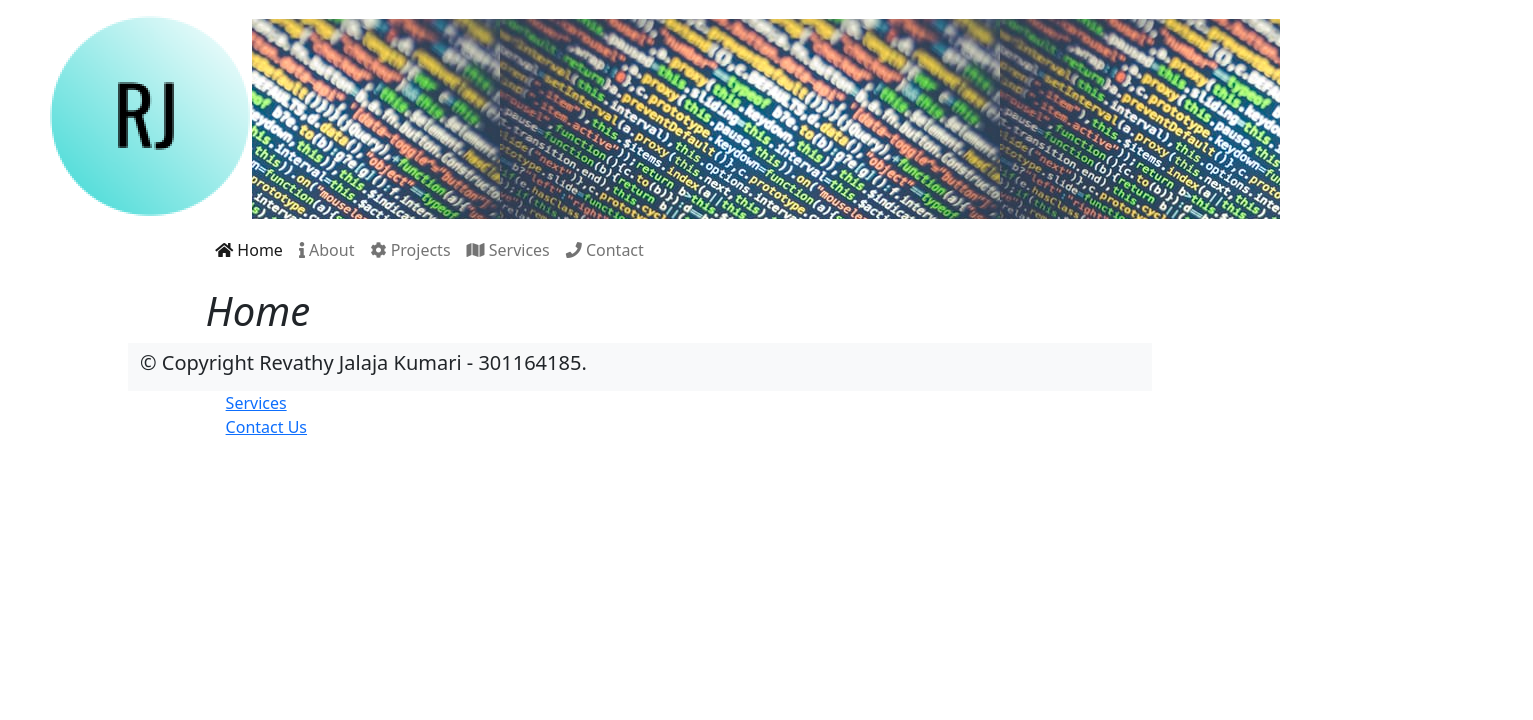
Repository: RevathyJK/Portfolio
Page: http://localhost/
These files come from the project's save history. The page is drawn as it stood at one moment and after the next save; the edit follows.
The browser window is 1280 px wide. The page is 1533 px wide, so the pictures cover 1533 px, including what lies to the right of the window. The pictures show the whole page.
The page is served by the project's Node server (server.js). Other server files are loaded and not shown.

Above is the page before, as saved 2021-10-01 13:42:04.

### Server/Views/index.ejs
<!DOCTYPE html>
<html lang="en">
<head>
    <meta charset="UTF-8">
    <meta http-equiv="X-UA-Compatible" content="IE=edge">
    <meta name="viewport" content="width=device-width, initial-scale=1.0">
    <title><%= title %></title>
    <!-- CSS Section -->
    <link rel="stylesheet" href="./Content/app.css">
    <link rel="stylesheet" href="./bootstrap/dist/css/bootstrap.min.css">
    <link rel="stylesheet" href="./@fortawesome/fontawesome-free/css/all.min.css">
</head>
<body>
    <!-- Main Navigation Section -->
    <header>
      <%- include('components/header.ejs'); %>
    </header>


    <!-- Content Section -->
    <main>
      <div class="container">
        <%- include('content/' + page + '.ejs'); %>
      </div>
    </main>

    <footer>
    <%- include('components/footer.ejs'); %>
    </footer>

    <!-- JavaScript Section -->
    <script src="./jquery/dist/jquery.min.js"></script>
    <script src="./bootstrap/dist/js/bootstrap.min.js"></script>
    <script src="./@fortawesome/fontawesome-free/js/all.min.js"></script>

    <script src="./Scripts/app.js"></script>
</body>
</html>

### Server/Views/components/header.ejs

<table>
<tr>
  <td class="over"><img src="logo.png"></td>
  <td><div  class="header-img"></div></td>
</tr>
</table>


<div id="allPage">

<nav class="navbar navbar-expand-lg navbar-light navcustom">
  <div class="container-fluid">
    <a class="navbar-brand"></a>
    <button class="navbar-toggler" type="button" data-bs-toggle="collapse" data-bs-target="#navbarSupportedContent" aria-controls="navbarSupportedContent" aria-expanded="false" aria-label="Toggle navigation">
      <span class="navbar-toggler-icon"></span>
    </button>
    <div class="collapse navbar-collapse" id="navbarSupportedContent" >
      <ul class="navbar-nav ms-auto mb-2 mb-lg-0">
        <li class="nav-item">
          <a class="nav-link active" href="/home"><i class="fas fa-home"></i> Home</a>
        </li>
        <li class="nav-item">
          <a class="nav-link" href="/about"><i class="fas fa-info"></i> About</a>
        </li>
        <li class="nav-item">
          <a class="nav-link" href="/projects"><i class="fas fa-cog"></i> Projects</a>
        </li>
        <li class="nav-item">
          <a class="nav-link" href="/services"><i class="fas fa-map"></i> Services</a>
        </li>

        <li class="nav-item">
          <a class="nav-link" href="/contact"><i class="fas fa-phone"></i> Contact</a>
        </li>
      </ul>
    </div>
  </div>
</nav>
<br>

</div>

### Server/Views/content/home.ejs
<div id ="allPage">

<div class="container">
        <h1><em><%= title %></em></h1>

</div>

<div>
  <nav>
	  <ul>
		  <li><a href="about">About Me</a></li>
		  <li><a href="projects">Projects</a></li>
		  <li><a href="home">Services </a></li>
                <li><a href="contact">Contact Us</a></li>

  	</ul>
	</nav>
</div>

</div>

### Server/Views/components/footer.ejs
<div id ="allPage">
<nav class="navbar  navbar-light bg-light">
    <div class="container-fluid">
        <h5>&copy; Copyright Revathy Jalaja Kumari - 301164185.</h5>
    </div>
</nav>
</div>

### server.js
#!/usr/bin/env node
"use strict";
/**
 * Module dependencies.
 */
var __importDefault = (this && this.__importDefault) || function (mod) {
    return (mod && mod.__esModule) ? mod : { "default": mod };
};
Object.defineProperty(exports, "__esModule", { value: true });
const app_1 = __importDefault(require("./Server/Config/app"));
const debug_1 = __importDefault(require("debug"));
(0, debug_1.default)('comp229-f2021-lesson4:server');
const http_1 = __importDefault(require("http"));
/**
 * Get port from environment and store in Express.
 */
let port = normalizePort(process.env.PORT || '3000');
app_1.default.set('port', port);
/**
 * Create HTTP server.
 */
let server = http_1.default.createServer(app_1.default);
/**
 * Listen on provided port, on all network interfaces.
 */
server.listen(port);
server.on('error', onError);
server.on('listening', onListening);
/**
 * Normalize a port into a number, string, or false.
 */
function normalizePort(val) {
    let port = parseInt(val, 10);
    if (isNaN(port)) {
        // named pipe
        return val;
    }
    if (port >= 0) {
        // port number
        return port;
    }
    return false;
}
/**
 * Event listener for HTTP server "error" event.
 */
function onError(error) {
    if (error.syscall !== 'listen') {
        throw error;
    }
    let bind = typeof port === 'string'
        ? 'Pipe ' + port
        : 'Port ' + port;
    // handle specific listen errors with friendly messages
    switch (error.code) {
        case 'EACCES':
            console.error(bind + ' requires elevated privileges');
            process.exit(1);
            break;
        case 'EADDRINUSE':
            console.error(bind + ' is already in use');
            process.exit(1);
            break;
        default:
            throw error;
    }
}
/**
 * Event listener for HTTP server "listening" event.
 */
function onListening() {
    let addr = server.address();
    let bind = typeof addr === 'string'
        ? 'pipe ' + addr
        : 'port ' + addr.port;
    (0, debug_1.default)('Listening on ' + bind);
}
//# sourceMappingURL=server.js.map

### Server/Routes/index.js
"use strict";
var __importDefault = (this && this.__importDefault) || function (mod) {
    return (mod && mod.__esModule) ? mod : { "default": mod };
};
Object.defineProperty(exports, "__esModule", { value: true });
const express_1 = __importDefault(require("express"));
const router = express_1.default.Router();
exports.default = router;

/* GET home page. */
router.get('/', function (req, res, next) {
    res.render('index', { title: 'Home', page: 'home' });
});
/* GET home page. */
router.get('/home', function (req, res, next) {
    res.render('index', { title: 'Home', page: 'home' });
});
/* GET about page. */
router.get('/about', function (req, res, next) {
    res.render('index', { title: 'Revathy Jalaja Kumari', page: 'about' });
});
/* GET projects page. */
router.get('/projects', function (req, res, next) {
    res.render('index', { title: 'Projects', page: 'projects' });
});
/* GET services page. */
router.get('/services', function (req, res, next) {
    res.render('index', { title: 'Services', page: 'services' });
});
/* GET contact page. */
router.get('/contact', function (req, res, next) {
    res.render('index', { title: 'Contact Me', page: 'contact' });
});





//module.exports = router;
//# sourceMappingURL=index.js.map

### Client/Content/app.css
#allPage {
	width: 80%;
      margin: auto;
      max-width: 1200px;
      display: grid;
	/*grid-template-columns: 150px auto auto;
	grid-template-rows: auto auto auto ; */
}

nav ul {
    display: flex;
    flex-direction: column;
    flex-wrap: nowrap;
    color: #FFFFFF;
    position: absolute;
}

li{
    list-style-type: U+027A2;
}

.navcustom{

    width: 90%;
      margin: auto;
      max-width: 1200px;
      color: #FFFFFF;
}

img {
    padding-left: 25px;
    padding-top: 15px;
    padding-bottom: 20px;;
}

.over{

    padding-left: 25px;
}

.header-img {

    height: 200px;
    width:1280px;
    background: url("banner.jpg") repeat ;
    background-attachment: fixed;
    background-size: auto;


  }

### Client/Scripts/app.js
"use strict";
/* custom js goes here */
// IIFE - Immediately Invoked Function Expression (AKA an anonymous self-executing function)
(function () {
    function Start() {
        console.log("App Started...");
    }
    window.addEventListener("load", Start);
})();
//# sourceMappingURL=app.js.map

After the next save:
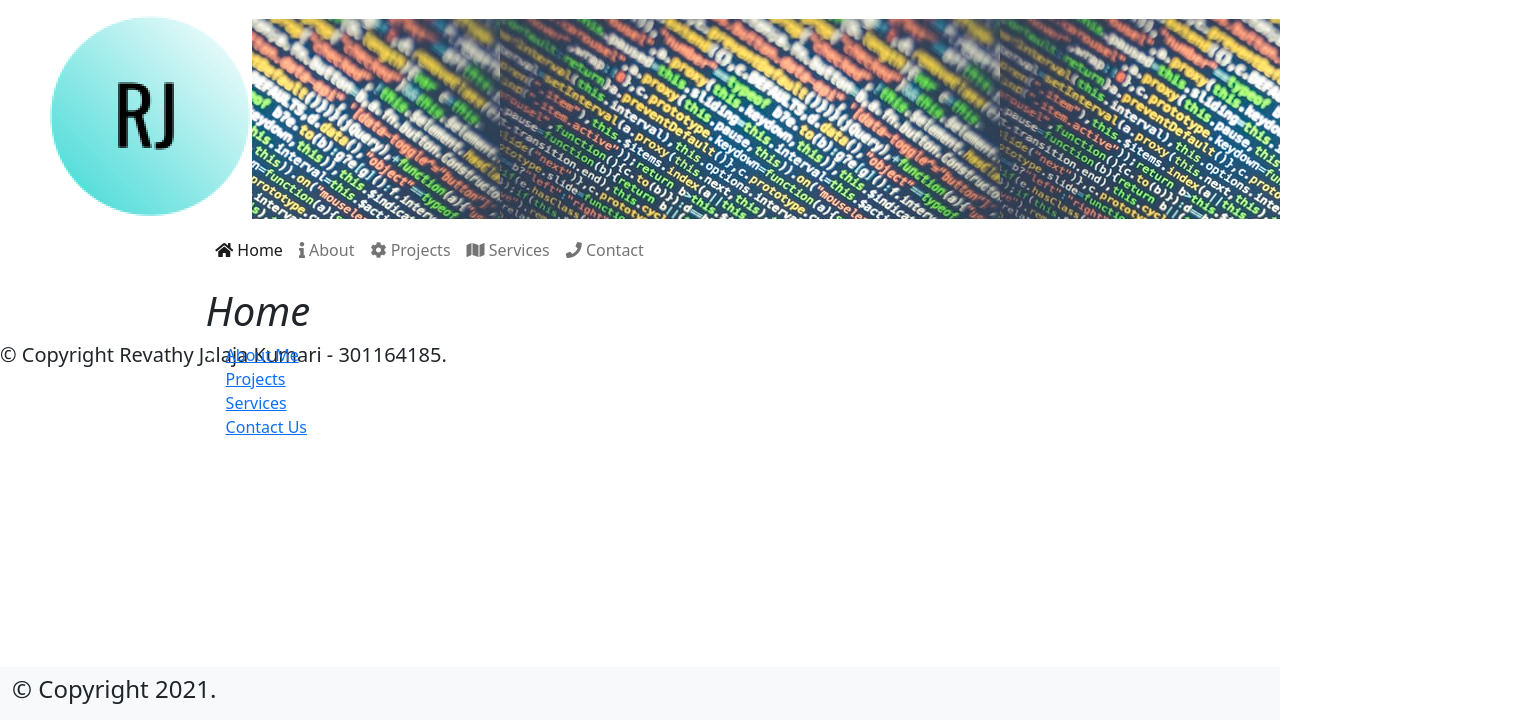
Saved 2 min 48 s later.
--- a/Server/Views/components/footer.ejs
+++ b/Server/Views/components/footer.ejs
@@ -1,7 +1,11 @@
 <div id ="allPage">
-<nav class="navbar  navbar-light bg-light">
+<nav class="navbar fixed-bottom navbar-light bg-light">
     <div class="container-fluid">
-        <h5>&copy; Copyright Revathy Jalaja Kumari - 301164185.</h5>
+        <h4>&copy; Copyright 2021.</h4>
     </div>
 </nav>
 </div>
+
+
+
+<h5>&copy; Copyright Revathy Jalaja Kumari - 301164185.</h5>
